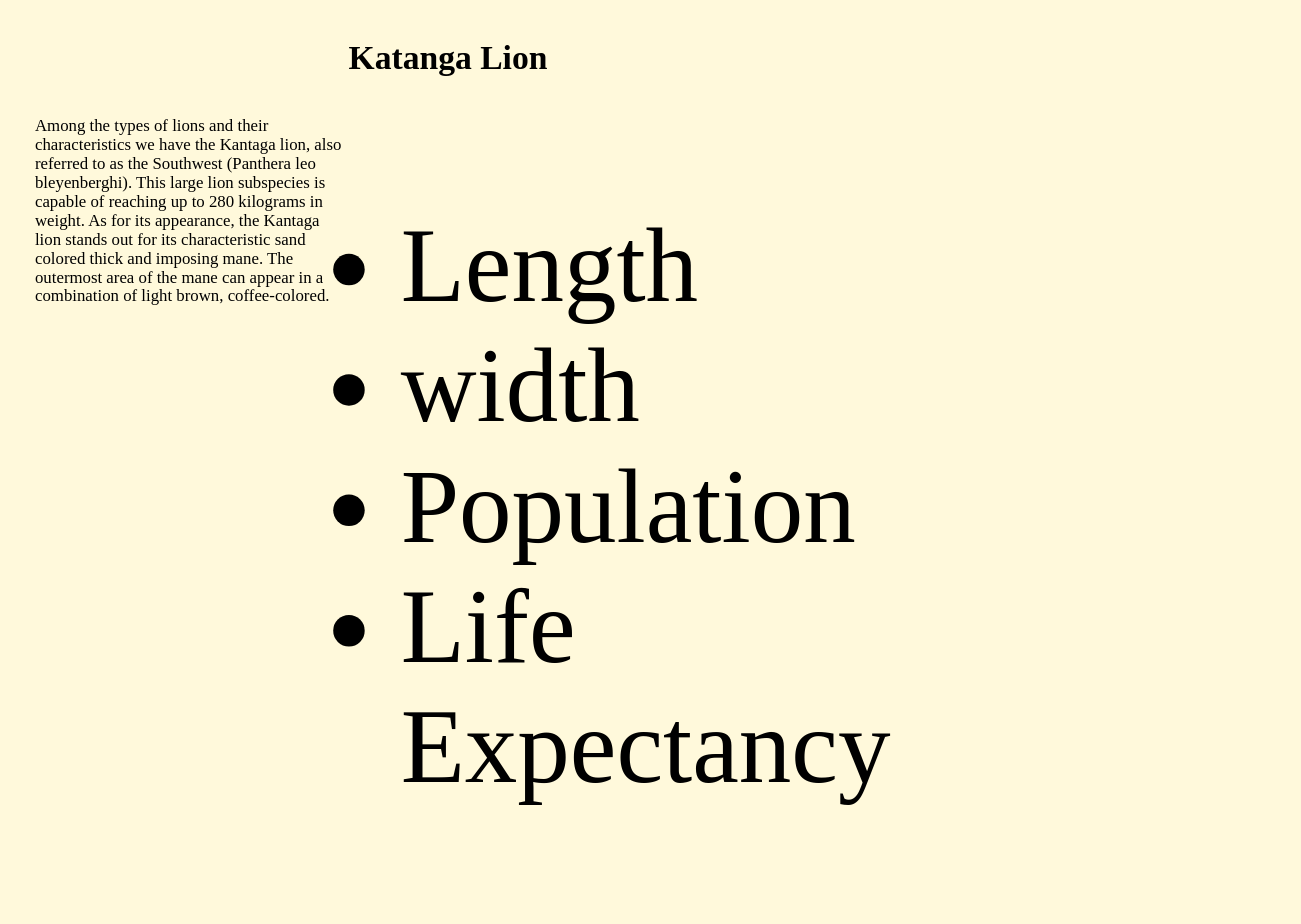
Repository: GeorgeManias/lions_project
Page: index.html
The author's editor kept a copy of each file at every save. The page is drawn from the files as they stood at one save, then again after the next save.
The browser window is 1280 px wide. The page is 1858 px wide, so the pictures cover 1858 px, including what lies to the right of the window. The pictures show the part of the page from y = 1061 to 2381 px (the page is 2402 px tall before and 1533 px after), at 70% of full size.
Some web fonts or font styles are not loaded; a fallback is used.

Above is the page before, as saved 2021-11-05 20:05:48.

After the next save:
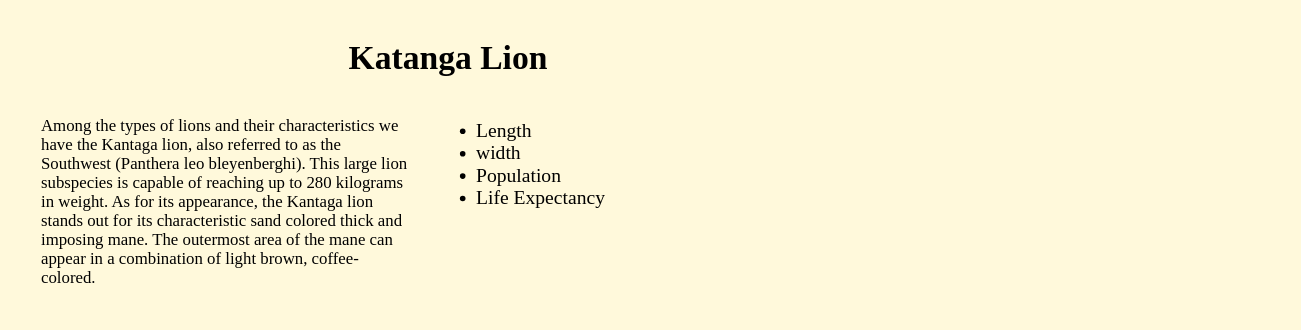
Saved 13 s later.
--- a/index.css
+++ b/index.css
@@ -281,7 +281,7 @@ Katanga Analysis 1/6 Arxh
 }
 
 .analysis_list {
-  font-size: 15rem;
+  font-size: 2.8rem;
 }
 /*Katanga Analysis stixisi Arxh///////////////////////////////////////////////*/
 .analysis_h1 {
